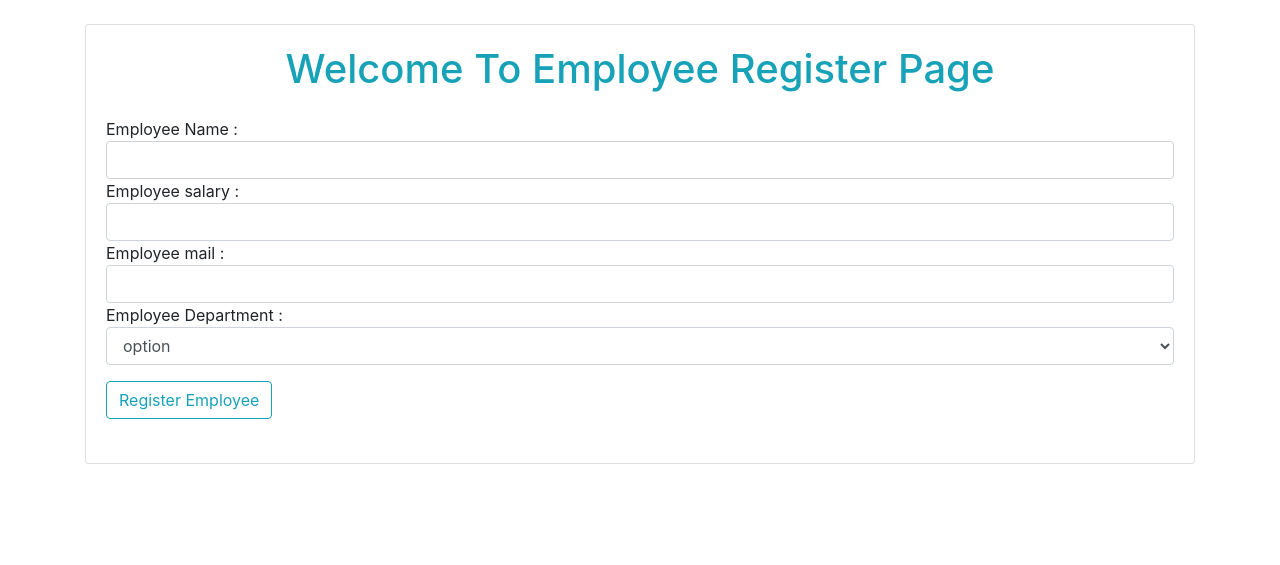
Repository: lokeshsukhwal/EmployeeMiniProject
Page: http://localhost/EmployeeRegister
An editor plug-in stored every save of this project. The page is shown before and after the next save, followed by the edit.
The browser window is 1280 px wide. The pictures show the whole page.
The page is this project's Thymeleaf template; nobody is signed in. The template is opened directly, without the code that normally fills it, so the values that code supplies are empty.

Above is the page before, as saved 2023-01-18 14:24:36.

### SpringBootMvc-ThymeleafMySqlCrudMiniProject/src/main/resources/templates/EmployeeRegister.html
<!DOCTYPE html>
<html xmlns:th="https://www.thymeleaf.org/">
<head>
<meta charset="ISO-8859-1">
<title>Employee register page</title>
<!-- Latest compiled and minified CSS -->
<link rel="stylesheet"
	href="https://cdn.jsdelivr.net/npm/bootstrap@4.6.2/dist/css/bootstrap.min.css">
</head>
<body>
	<div class="container">
		<div class="card mt-4 ">
			<div class="card-body ">
				<h1 class=" text-info text-center">Welcome To Employee Register Page</h1>
		<form th:action="@{/employee/save}" method="POST" class="mt-4 form ">
			Employee Name : <input type="text" name="empName"class="form-control">
		    Employee salary : <input type="text"name="empSalary" class="form-control">
		    Employee mail : <input type="email" name="empMail" class="form-control">
		    Employee Department : <select name="department" class="form-control dropdown">
									<option value="#">option</option>
									<option value="dev">DEV</option>
									<option value="ba">BA</option>
									<option value="qa">QA</option>
								  </select>

		<button type="submit" class="btn btn-outline-info mt-3">Register Employee</button>

				</form>


				<h4 th:text="${message}"class="bg-success text-white mt-4 text-center"></h4>
			</div>
		</div>
	</div>
</body>
</html>

After the next save:
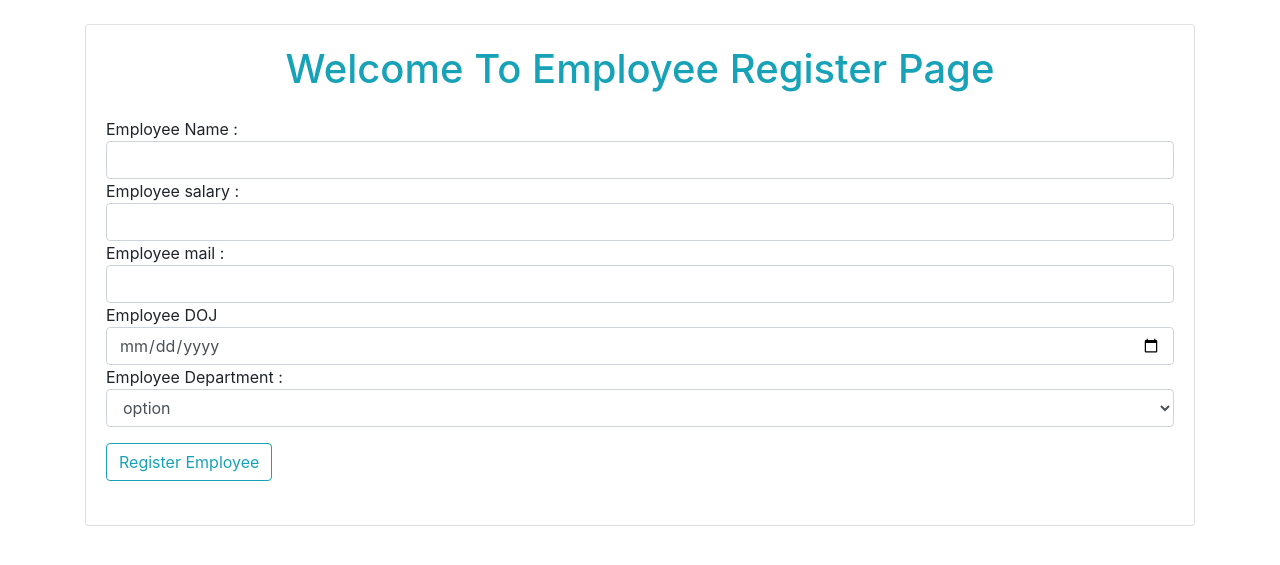
Saved 83 s later.
--- a/SpringBootMvc-ThymeleafMySqlCrudMiniProject/src/main/resources/templates/EmployeeRegister.html
+++ b/SpringBootMvc-ThymeleafMySqlCrudMiniProject/src/main/resources/templates/EmployeeRegister.html
@@ -16,6 +16,7 @@
 			Employee Name : <input type="text" name="empName"class="form-control">
 		    Employee salary : <input type="text"name="empSalary" class="form-control">
 		    Employee mail : <input type="email" name="empMail" class="form-control">
+		    Employee DOJ <input type="date" name="empDoj" class="form-control">
 		    Employee Department : <select name="department" class="form-control dropdown">
 									<option value="#">option</option>
 									<option value="dev">DEV</option>
